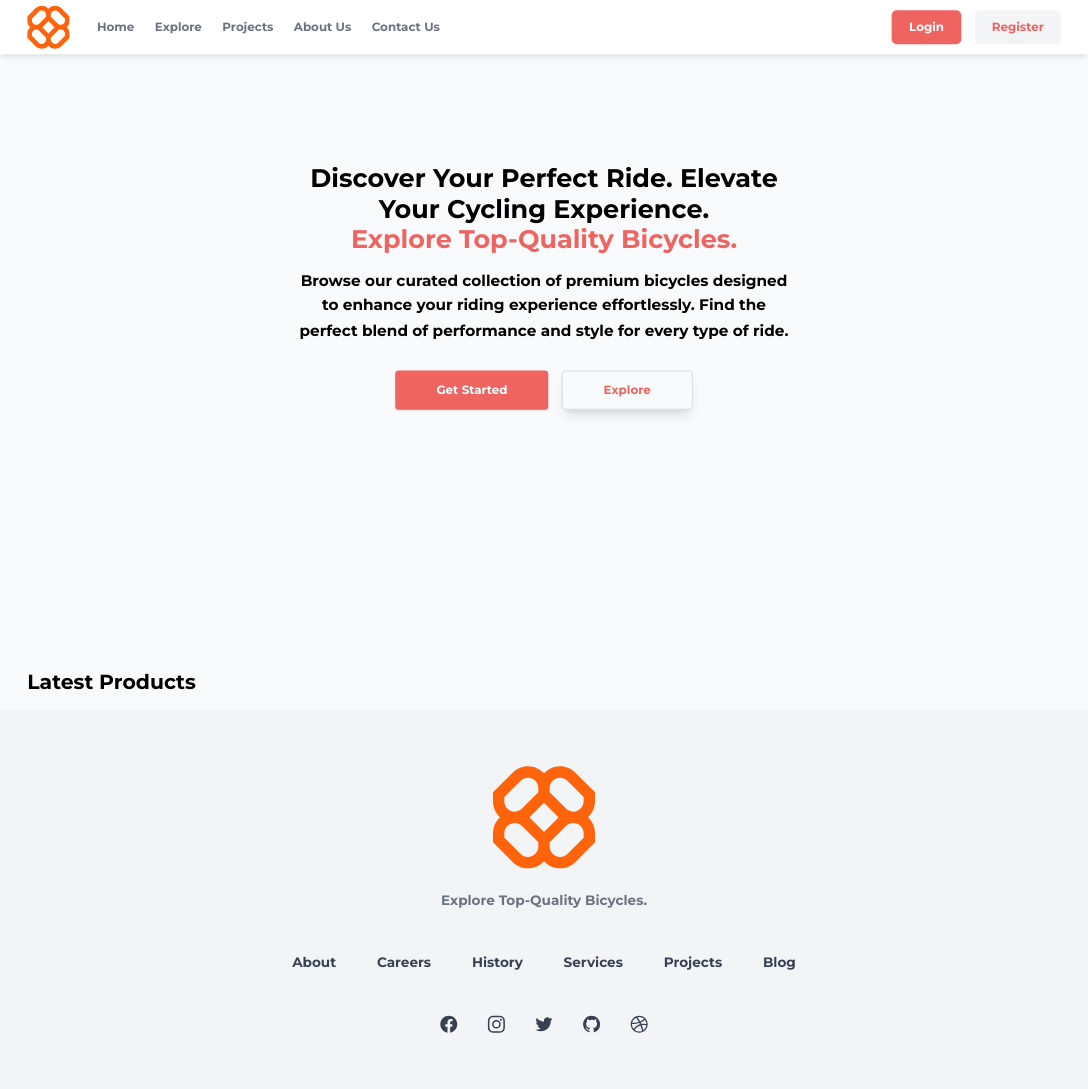
Repository: YahiaSala7/E-commerce-Project
Page: / (app in ecommerce/)
An editor plug-in stored every save of this project. The page is shown before and after the next save, followed by the edit.
The browser window is 1280 px wide. The pictures show the whole page, at 85% of full size.
The page's requests for data from a server got no answer. The project was rebuilt for these pictures with package versions that can differ from the ones it lists, and the page was loaded fresh each time. Some packages were replaced by stand-ins written for this rebuild. The framework's server and built-in components were replaced by stand-ins that run in the browser. No one was signed in, and anything a server would have sent is missing. Also part of the build but not shown: ecommerce/next.config.mjs, ecommerce/app/_Components/Cart.jsx, ecommerce/app/_Components/ProductItem.jsx.

Above is the page before, as saved 2024-07-30 21:05:59.

### ecommerce/app/layout.js
"use client";
import { Montserrat } from "next/font/google";
import "./globals.css";
import Header from "./_Components/Header";
import Footer from "./_Components/Footer";
import { ClerkProvider } from "@clerk/nextjs";
import { cartContext } from "./_context/cartContext";
import { useState } from "react";
const inter = Montserrat({ subsets: ["latin"], weight: "700" });

// export const metadata = {
//   title: "Create Next App",
//   description: "Generated by create next app",
// };

export default function RootLayout({ children }) {
  const [cart, setCart] = useState([]);
  return (
    <ClerkProvider>
      <cartContext.Provider value={{ cart, setCart }}>
        <html lang="en">
          <body className={inter.className}>
            <Header />
            {children}
            <Footer />
          </body>
        </html>
      </cartContext.Provider>
    </ClerkProvider>
  );
}

### ecommerce/app/page.js
import Image from "next/image";
import Hero from "./_Components/Hero";
import ProductsSection from "./_Components/ProductsSection";

export default function Home() {
  return (
    <div className="home">
      <Hero />
      <ProductsSection />
    </div>
  );
}

### ecommerce/app/globals.css
@tailwind base;
@tailwind components;
@tailwind utilities;

:root {
  /* --foreground-rgb: 0, 0, 0; */
  /* --background-start-rgb: 214, 219, 220;
  --background-end-rgb: 255, 255, 255; */

}

@media (prefers-color-scheme: dark) {
  :root {
    /* --foreground-rgb: 0, 0, 0; */
    /* --background-start-rgb: 0, 0, 0;
    --background-end-rgb: 0, 0, 0; */
  }
}

body {
  @apply bg-slate-50 scroll-smooth
  /* color: rgb(var(--foreground-rgb)); */
  /* background: linear-gradient(
      to bottom,
      transparent,
      rgb(var(--background-end-rgb))
    )
    rgb(var(--background-start-rgb)); */
}

@layer utilities {
  .text-balance {
    text-wrap: balance;
  }
}
.container{
  @apply mx-auto px-4 sm:px-6 lg:px-8
}

### ecommerce/app/_Components/Header.jsx
"use client";
import { UserButton, useUser } from "@clerk/nextjs";
import { ShoppingCart } from "lucide-react";
import React, { useContext, useEffect, useState } from "react";
import { cartContext } from "../_context/cartContext";
import cartApis from "../_utils/cartApis";
import Cart from "./Cart";
function Header() {
  const { user } = useUser();
  const [isCartOpen, setIsCartOpen] = useState(false);
  const { cart, setCart } = useContext(cartContext);
  useEffect(() => {
    user && getCartItems();
  }, [user]);
  const getCartItems = () => {
    cartApis
      .getUserCartItems(user.primaryEmailAddress.emailAddress)
      .then((res) => {
        console.log("response from cart items", res?.data?.data);
        res?.data?.data.forEach((citem) => {
          setCart((oldCart) => [
            ...oldCart,
            {
              id: citem.id,
              product: citem?.attributes?.products?.data[0],
            },
          ]);
        });
      });
  };
  return (
    <header className="bg-white shadow-md">
      <div className="container flex items-center h-16 max-w-screen-xl gap-8 px-4 mx-auto sm:px-6 lg:px-8">
        <img src="/logo.svg" width={"50px"} height={"50px"} />

        <div className="flex items-center justify-end flex-1 md:justify-between">
          <nav aria-label="Global" className="hidden md:block">
            <ul className="flex items-center gap-6 text-sm">
              <li>
                <a
                  className="text-gray-500 transition hover:text-gray-500/75"
                  href="/">
                  {" "}
                  Home{" "}
                </a>
              </li>

              <li>
                <a
                  className="text-gray-500 transition hover:text-gray-500/75"
                  href="#">
                  {" "}
                  Explore{" "}
                </a>
              </li>

              <li>
                <a
                  className="text-gray-500 transition hover:text-gray-500/75"
                  href="#">
                  {" "}
                  Projects{" "}
                </a>
              </li>

              <li>
                <a
                  className="text-gray-500 transition hover:text-gray-500/75"
                  href="#">
                  {" "}
                  About Us{" "}
                </a>
              </li>

              <li>
                <a
                  className="text-gray-500 transition hover:text-gray-500/75"
                  href="#">
                  {" "}
                  Contact Us{" "}
                </a>
              </li>
            </ul>
          </nav>

          {!user ? (
            <div className="flex items-center gap-4">
              <div className="sm:flex sm:gap-4">
                <a
                  className="block rounded-md bg-primary px-5 py-2.5 text-sm font-medium text-white transition hover:bg-secondary "
                  href="/sign-in">
                  Login
                </a>

                <a
                  className="hidden rounded-md bg-gray-100 px-5 py-2.5 text-sm font-medium text-primary transition hover:text-secondary sm:block"
                  href="/sign-up">
                  Register
                </a>
              </div>

              <button className="block rounded bg-gray-100 p-2.5 text-gray-600 transition hover:text-gray-600/75 md:hidden">
                <span className="sr-only">Toggle menu</span>
                <svg
                  xmlns="http://www.w3.org/2000/svg"
                  className="w-5 h-5"
                  fill="none"
                  viewBox="0 0 24 24"
                  stroke="currentColor"
                  strokeWidth="2">
                  <path
                    strokeLinecap="round"
                    strokeLinejoin="round"
                    d="M4 6h16M4 12h16M4 18h16"
                  />
                </svg>
              </button>
            </div>
          ) : (
            <div className="relative flex items-center gap-5">
              <h2 className="flex items-center gap-2">
                <ShoppingCart onClick={() => setIsCartOpen(!isCartOpen)} />(
                {cart?.length})
              </h2>
              <UserButton afterSwitchSessionUrl="/" />
              {isCartOpen ? <Cart /> : ""}
            </div>
          )}
        </div>
      </div>
    </header>
  );
}

export default Header;

### ecommerce/app/_Components/Footer.jsx
" use client";
import { useUser } from "@clerk/nextjs";
import Image from "next/image";
import React from "react";

function Footer() {
  const { user } = useUser();
  return (
    <footer className="bg-gray-100 ">
      <div className="max-w-5xl px-4 py-16 mx-auto sm:px-6 lg:px-8">
        <div className="flex justify-center text-teal-600">
          <Image src="/logo.svg" alt="logo" width={120} height={70} />
        </div>

        <p className="max-w-md mx-auto mt-6 leading-relaxed text-center text-gray-500">
          Explore Top-Quality Bicycles.
        </p>

        <ul className="flex flex-wrap justify-center gap-6 mt-12 md:gap-8 lg:gap-12">
          <li>
            <a
              className="text-gray-700 transition hover:text-gray-700/75"
              href="/">
              About
            </a>
          </li>

          <li>
            <a
              className="text-gray-700 transition hover:text-gray-700/75"
              href="/">
              Careers
            </a>
          </li>

          <li>
            <a
              className="text-gray-700 transition hover:text-gray-700/75"
              href="/">
              {" "}
              History{" "}
            </a>
          </li>

          <li>
            <a
              className="text-gray-700 transition hover:text-gray-700/75"
              href="/">
              {" "}
              Services{" "}
            </a>
          </li>

          <li>
            <a
              className="text-gray-700 transition hover:text-gray-700/75"
              href="/">
              {" "}
              Projects{" "}
            </a>
          </li>

          <li>
            <a
              className="text-gray-700 transition hover:text-gray-700/75"
              href="/">
              {" "}
              Blog{" "}
            </a>
          </li>
        </ul>

        <ul className="flex justify-center gap-6 mt-12 md:gap-8">
          <li>
            <a
              href="/"
              rel="noreferrer"
              target="_blank"
              className="text-gray-700 transition hover:text-gray-700/75">
              <span className="sr-only">Facebook</span>
              <svg
                className="w-6 h-6"
                fill="currentColor"
                viewBox="0 0 24 24"
                aria-hidden="true">
                <path
                  fillRule="evenodd"
                  d="M22 12c0-5.523-4.477-10-10-10S2 6.477 2 12c0 4.991 3.657 9.128 8.438 9.878v-6.987h-2.54V12h2.54V9.797c0-2.506 1.492-3.89 3.777-3.89 1.094 0 2.238.195 2.238.195v2.46h-1.26c-1.243 0-1.63.771-1.63 1.562V12h2.773l-.443 2.89h-2.33v6.988C18.343 21.128 22 16.991 22 12z"
                  clipRule="evenodd"
                />
              </svg>
            </a>
          </li>

          <li>
            <a
              href="/"
              rel="noreferrer"
              target="_blank"
              className="text-gray-700 transition hover:text-gray-700/75">
              <span className="sr-only">Instagram</span>
              <svg
                className="w-6 h-6"
                fill="currentColor"
                viewBox="0 0 24 24"
                aria-hidden="true">
                <path
                  fillRule="evenodd"
                  d="M12.315 2c2.43 0 2.784.013 3.808.06 1.064.049 1.791.218 2.427.465a4.902 4.902 0 011.772 1.153 4.902 4.902 0 011.153 1.772c.247.636.416 1.363.465 2.427.048 1.067.06 1.407.06 4.123v.08c0 2.643-.012 2.987-.06 4.043-.049 1.064-.218 1.791-.465 2.427a4.902 4.902 0 01-1.153 1.772 4.902 4.902 0 01-1.772 1.153c-.636.247-1.363.416-2.427.465-1.067.048-1.407.06-4.123.06h-.08c-2.643 0-2.987-.012-4.043-.06-1.064-.049-1.791-.218-2.427-.465a4.902 4.902 0 01-1.772-1.153 4.902 4.902 0 01-1.153-1.772c-.247-.636-.416-1.363-.465-2.427-.047-1.024-.06-1.379-.06-3.808v-.63c0-2.43.013-2.784.06-3.808.049-1.064.218-1.791.465-2.427a4.902 4.902 0 011.153-1.772A4.902 4.902 0 015.45 2.525c.636-.247 1.363-.416 2.427-.465C8.901 2.013 9.256 2 11.685 2h.63zm-.081 1.802h-.468c-2.456 0-2.784.011-3.807.058-.975.045-1.504.207-1.857.344-.467.182-.8.398-1.15.748-.35.35-.566.683-.748 1.15-.137.353-.3.882-.344 1.857-.047 1.023-.058 1.351-.058 3.807v.468c0 2.456.011 2.784.058 3.807.045.975.207 1.504.344 1.857.182.466.399.8.748 1.15.35.35.683.566 1.15.748.353.137.882.3 1.857.344 1.054.048 1.37.058 4.041.058h.08c2.597 0 2.917-.01 3.96-.058.976-.045 1.505-.207 1.858-.344.466-.182.8-.398 1.15-.748.35-.35.566-.683.748-1.15.137-.353.3-.882.344-1.857.048-1.055.058-1.37.058-4.041v-.08c0-2.597-.01-2.917-.058-3.96-.045-.976-.207-1.505-.344-1.858a3.097 3.097 0 00-.748-1.15 3.098 3.098 0 00-1.15-.748c-.353-.137-.882-.3-1.857-.344-1.023-.047-1.351-.058-3.807-.058zM12 6.865a5.135 5.135 0 110 10.27 5.135 5.135 0 010-10.27zm0 1.802a3.333 3.333 0 100 6.666 3.333 3.333 0 000-6.666zm5.338-3.205a1.2 1.2 0 110 2.4 1.2 1.2 0 010-2.4z"
                  clipRule="evenodd"
                />
              </svg>
            </a>
          </li>

          <li>
            <a
              href="/"
              rel="noreferrer"
              target="_blank"
              className="text-gray-700 transition hover:text-gray-700/75">
              <span className="sr-only">Twitter</span>
              <svg
                className="w-6 h-6"
                fill="currentColor"
                viewBox="0 0 24 24"
                aria-hidden="true">
                <path d="M8.29 20.251c7.547 0 11.675-6.253 11.675-11.675 0-.178 0-.355-.012-.53A8.348 8.348 0 0022 5.92a8.19 8.19 0 01-2.357.646 4.118 4.118 0 001.804-2.27 8.224 8.224 0 01-2.605.996 4.107 4.107 0 00-6.993 3.743 11.65 11.65 0 01-8.457-4.287 4.106 4.106 0 001.27 5.477A4.072 4.072 0 012.8 9.713v.052a4.105 4.105 0 003.292 4.022 4.095 4.095 0 01-1.853.07 4.108 4.108 0 003.834 2.85A8.233 8.233 0 012 18.407a11.616 11.616 0 006.29 1.84" />
              </svg>
            </a>
          </li>

          <li>
            <a
              href="/"
              rel="noreferrer"
              target="_blank"
              className="text-gray-700 transition hover:text-gray-700/75">
              <span className="sr-only">GitHub</span>
              <svg
                className="w-6 h-6"
                fill="currentColor"
                viewBox="0 0 24 24"
                aria-hidden="true">
                <path
                  fillRule="evenodd"
                  d="M12 2C6.477 2 2 6.484 2 12.017c0 4.425 2.865 8.18 6.839 9.504.5.092.682-.217.682-.483 0-.237-.008-.868-.013-1.703-2.782.605-3.369-1.343-3.369-1.343-.454-1.158-1.11-1.466-1.11-1.466-.908-.62.069-.608.069-.608 1.003.07 1.531 1.032 1.531 1.032.892 1.53 2.341 1.088 2.91.832.092-.647.35-1.088.636-1.338-2.22-.253-4.555-1.113-4.555-4.951 0-1.093.39-1.988 1.029-2.688-.103-.253-.446-1.272.098-2.65 0 0 .84-.27 2.75 1.026A9.564 9.564 0 0112 6.844c.85.004 1.705.115 2.504.337 1.909-1.296 2.747-1.027 2.747-1.027.546 1.379.202 2.398.1 2.651.64.7 1.028 1.595 1.028 2.688 0 3.848-2.339 4.695-4.566 4.943.359.309.678.92.678 1.855 0 1.338-.012 2.419-.012 2.747 0 .268.18.58.688.482A10.019 10.019 0 0022 12.017C22 6.484 17.522 2 12 2z"
                  clipRule="evenodd"
                />
              </svg>
            </a>
          </li>

          <li>
            <a
              href="/"
              rel="noreferrer"
              target="_blank"
              className="text-gray-700 transition hover:text-gray-700/75">
              <span className="sr-only">Dribbble</span>
              <svg
                className="w-6 h-6"
                fill="currentColor"
                viewBox="0 0 24 24"
                aria-hidden="true">
                <path
                  fillRule="evenodd"
                  d="M12 2C6.48 2 2 6.48 2 12s4.48 10 10 10c5.51 0 10-4.48 10-10S17.51 2 12 2zm6.605 4.61a8.502 8.502 0 011.93 5.314c-.281-.054-3.101-.629-5.943-.271-.065-.141-.12-.293-.184-.445a25.416 25.416 0 00-.564-1.236c3.145-1.28 4.577-3.124 4.761-3.362zM12 3.475c2.17 0 4.154.813 5.662 2.148-.152.216-1.443 1.941-4.48 3.08-1.399-2.57-2.95-4.675-3.189-5A8.687 8.687 0 0112 3.475zm-3.633.803a53.896 53.896 0 013.167 4.935c-3.992 1.063-7.517 1.04-7.896 1.04a8.581 8.581 0 014.729-5.975zM3.453 12.01v-.26c.37.01 4.512.065 8.775-1.215.25.477.477.965.694 1.453-.109.033-.228.065-.336.098-4.404 1.42-6.747 5.303-6.942 5.629a8.522 8.522 0 01-2.19-5.705zM12 20.547a8.482 8.482 0 01-5.239-1.8c.152-.315 1.888-3.656 6.703-5.337.022-.01.033-.01.054-.022a35.318 35.318 0 011.823 6.475 8.4 8.4 0 01-3.341.684zm4.761-1.465c-.086-.52-.542-3.015-1.659-6.084 2.679-.423 5.022.271 5.314.369a8.468 8.468 0 01-3.655 5.715z"
                  clipRule="evenodd"
                />
              </svg>
            </a>
          </li>
        </ul>
      </div>
    </footer>
  );
}

export default Footer;

### ecommerce/app/_context/cartContext.js
import { createContext } from "react";

export const cartContext = createContext(null);

### ecommerce/app/_Components/Hero.jsx
"use client";
import { useUser } from "@clerk/nextjs";
import React from "react";

function Hero() {
  const handlescroll = () => {
    window.scrollBy({
      top: 700,
      behavior: "smooth",
    });
  };
  const { user } = useUser();
  return (
    <section className="">
      <div className="max-w-screen-xl px-4 py-32 mx-auto lg:flex lg:h-screen">
        <div className="max-w-xl mx-auto text-center">
          <h1 className="text-2xl font-extrabold sm:text-3xl ">
            Discover Your Perfect Ride. Elevate Your Cycling Experience.
            <strong className="font-extrabold text-primary sm:block">
              {" "}
              Explore Top-Quality Bicycles.{" "}
            </strong>
          </h1>

          <p className="mt-4 sm:text-[18px]/relaxed">
            Browse our curated collection of premium bicycles designed to
            enhance your riding experience effortlessly. Find the perfect blend
            of performance and style for every type of ride.
          </p>

          <div className="flex flex-wrap justify-center gap-4 mt-8">
            {!user && (
              <a
                className="block w-full px-12 py-3 text-sm font-medium text-white rounded shadow bg-primary hover:bg-secondary focus:outline-none focus:ring active:bg-red-500 sm:w-auto scroll-smooth"
                href="/sign-up">
                Get Started
              </a>
            )}
            <button
              className="block w-full px-12 py-3 text-sm font-medium border border-gray-300 rounded shadow-lg text-primary hover:text-secondary focus:outline-none focus:ring active:text-red-500 sm:w-auto"
              onClick={() => handlescroll()}>
              Explore
            </button>
          </div>
        </div>
      </div>
    </section>
  );
}

export default Hero;

### ecommerce/app/_Components/ProductsSection.jsx
import React from "react";
import LatestProducts from "./LatestProducts";
import { ArrowRight } from "lucide-react";

function ProductsSection() {
  return (
    <>
      <div className="flex items-center justify-between px-4 pb-4 mx-auto latest-products sm:px-6 lg:px-8">
        <h2 className="text-[14px] sm:text-[20px] md:text-[24px] xs:text-[18px]">
          Latest Products
        </h2>
        {/* <h4 className="text-primary flex  items-center text-[14px] sm:text-[20px] md:text-[24px] xs:text-[18px]">
          View all collection{" "}
          <ArrowRight className="w-4 h-4 text-primary mt-[1px]" />{" "}
        </h4> */}
      </div>
      <LatestProducts />
    </>
  );
}

export default ProductsSection;

### ecommerce/app/_utils/cartApis.js
const { default: dataFetching } = require("./dataFetching");

const addToCart = (payload) => dataFetching.post("/carts", payload);
const getUserCartItems = (email) =>
  dataFetching.get(
    `carts?populate[products][populate]=image&filters[email][$eq]=${email}`
  );
const deleteCartItem = (id) => dataFetching.delete(`/carts/${id}`);

export default { addToCart, getUserCartItems, deleteCartItem };

### ecommerce/app/_Components/LatestProducts.jsx
"use client";
import React, { useEffect, useState } from "react";
import ProdcutApis from "../_utils/ProdcutApis";
import ProductItem from "./ProductItem";

function LatestProducts() {
  const [latestProducts, setLatestProducts] = useState([]);
  useEffect(() => {
    getLatestProducts_();
  }, []);
  const getLatestProducts_ = () => {
    ProdcutApis.getLatestProducts().then((res) => {
      setLatestProducts(res.data.data);
    });
  };

  return (
    <div className="grid grid-cols-2 gap-3 px-4 mx-auto sm:grid-col-3 md:grid-cols-4 sm:px-6 lg:px-8">
      {latestProducts?.map((product) => (
        <ProductItem key={product.id} product={product} />
      ))}
    </div>
  );
}

export default LatestProducts;

### ecommerce/app/_utils/dataFetching.js
const { default: axios } = require("axios");

const apiKey = process.env.NEXT_PUBLIC_REST_API_KEY;
const baseUrl = "http://localhost:1337/api";

const dataFetching = axios.create({
  baseURL: baseUrl,
  headers: {
    Authorization: `Bearer ${apiKey}`,
  },
});

export default dataFetching;

### ecommerce/app/_utils/ProdcutApis.js
const { default: dataFetching } = require("./dataFetching");

const getLatestProducts = () => dataFetching.get("/products?populate=*");
const getProductById = (id) => dataFetching.get(`/products/${id}?populate=*`);
const getProductByCategory = (category) =>
  dataFetching.get(`/products?filters[category][$eq]=${category}&populate=*`);
export default {
  getLatestProducts,
  getProductById,
  getProductByCategory,
};

### ecommerce/tailwind.config.js
/** @type {import('tailwindcss').Config} */
module.exports = {
  content: [
    "./pages/**/*.{js,ts,jsx,tsx,mdx}",
    "./components/**/*.{js,ts,jsx,tsx,mdx}",
    "./app/**/*.{js,ts,jsx,tsx,mdx}",
  ],
  theme: {
    extend: {
      backgroundImage: {
        "gradient-radial": "radial-gradient(var(--tw-gradient-stops))",
        "gradient-conic":
          "conic-gradient(from 180deg at 50% 50%, var(--tw-gradient-stops))",
      },
      colors: {
        primary: "#EF6461",
        secondary: " #B83D3A",
      },
      screens: {
        xs: "480px", // Custom breakpoint for extra small devices
        "3xl": "1600px", // Custom breakpoint for very large screens
      },
    },
  },
  plugins: [],
};

After the next save:
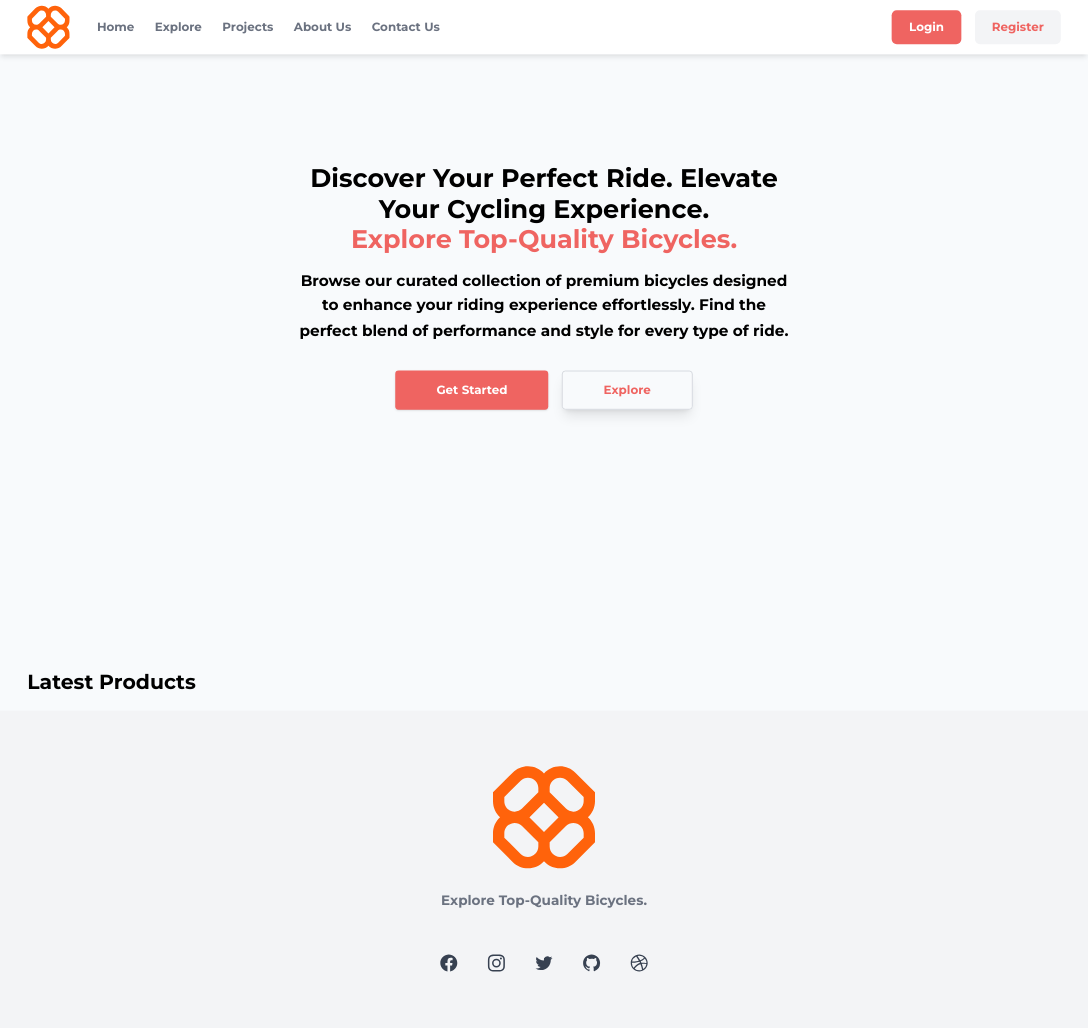
Saved 28 s later.
--- a/ecommerce/app/_Components/Footer.jsx
+++ b/ecommerce/app/_Components/Footer.jsx
@@ -15,60 +15,6 @@ function Footer() {
         <p className="max-w-md mx-auto mt-6 leading-relaxed text-center text-gray-500">
           Explore Top-Quality Bicycles.
         </p>
-
-        <ul className="flex flex-wrap justify-center gap-6 mt-12 md:gap-8 lg:gap-12">
-          <li>
-            <a
-              className="text-gray-700 transition hover:text-gray-700/75"
-              href="/">
-              About
-            </a>
-          </li>
-
-          <li>
-            <a
-              className="text-gray-700 transition hover:text-gray-700/75"
-              href="/">
-              Careers
-            </a>
-          </li>
-
-          <li>
-            <a
-              className="text-gray-700 transition hover:text-gray-700/75"
-              href="/">
-              {" "}
-              History{" "}
-            </a>
-          </li>
-
-          <li>
-            <a
-              className="text-gray-700 transition hover:text-gray-700/75"
-              href="/">
-              {" "}
-              Services{" "}
-            </a>
-          </li>
-
-          <li>
-            <a
-              className="text-gray-700 transition hover:text-gray-700/75"
-              href="/">
-              {" "}
-              Projects{" "}
-            </a>
-          </li>
-
-          <li>
-            <a
-              className="text-gray-700 transition hover:text-gray-700/75"
-              href="/">
-              {" "}
-              Blog{" "}
-            </a>
-          </li>
-        </ul>
 
         <ul className="flex justify-center gap-6 mt-12 md:gap-8">
           <li>
